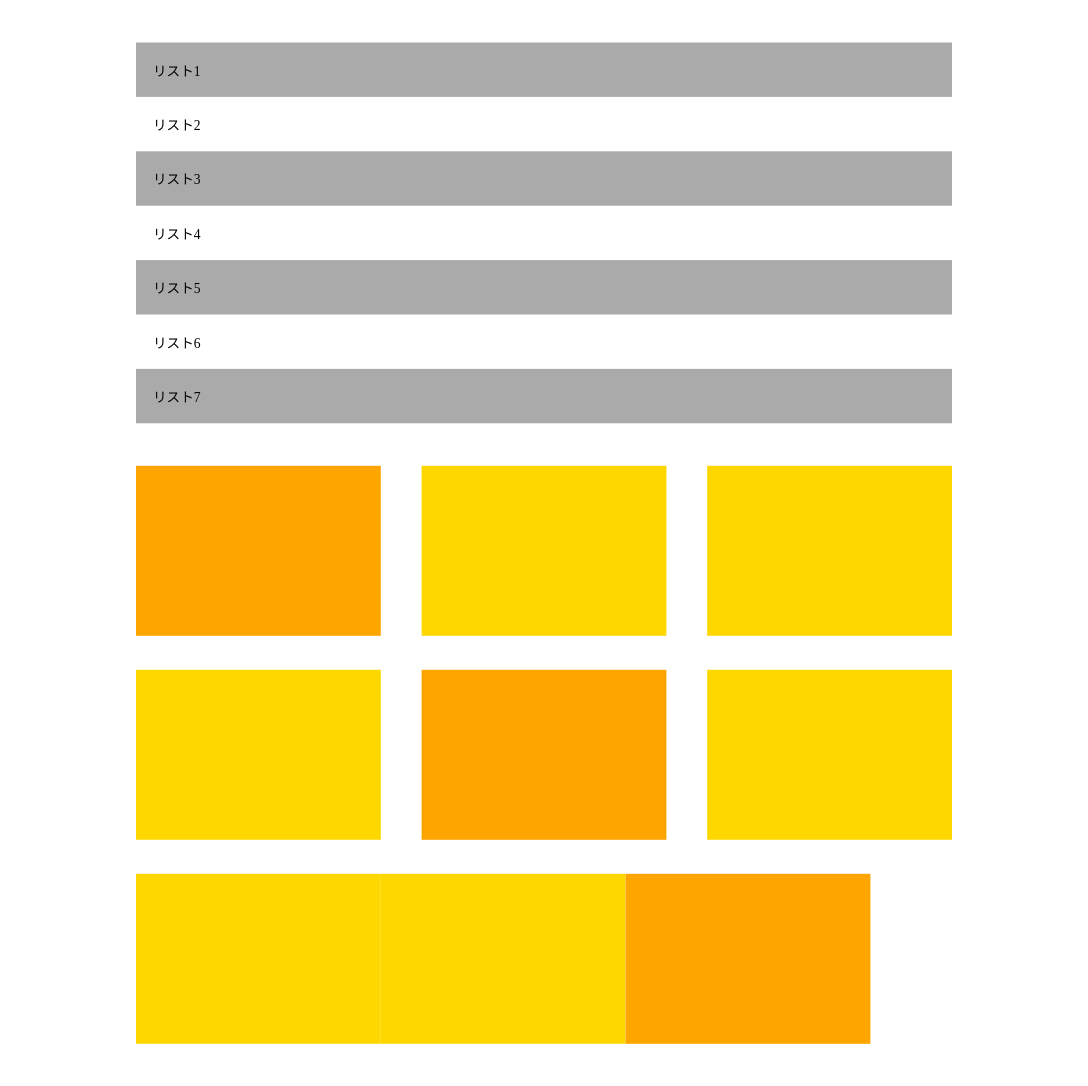
Repository: ryo32sun/Html-Practice
Page: practice/chapter8.html
The author's editor kept a record of every edit. The page is drawn from the files as they stood at one moment, then again after the next edit.
The browser window is 1280 px wide. The pictures show the whole page, at 85% of full size.

Above is the page before.

### practice/chapter8.html
<!DOCTYPE html>
<html lang="ja">
  <head>
    <meta charset="UTF-8">
    <link rel="stylesheet" href="chapter8.css">
    <title>Chapter8</title>
  </head>

  <div class="list-box">
    <p class="list">リスト1</p>
    <p class="list">リスト2</p>
    <p class="list">リスト3</p>
    <p class="list">リスト4</p>
    <p class="list">リスト5</p>
    <p class="list">リスト6</p>
    <p class="list">リスト7</p>
  </div>

  <div class="block-box">
    <div class="block orange"></div>
    <div class="block color center"></div>
    <div class="block color"></div>
    <div class="block color second"></div>
    <div class="block orange second center"></div>
    <div class="block color second"></div>
    <div class="block color"></div>
    <div class="block color"></div>
    <div class="block orange"></div>
  </div>

</html>

### practice/chapter8.css
* {
  padding: 0;
  margin: 0;
  box-sizing: border-box;
}

.list-box {
  width: 960px;
  margin:50px auto;
}

.list {
  padding: 20px 0 20px 20px;
}

.list:nth-child(odd) {
  background-color: #aaa;
}

.block-box {
  width:960px;
  padding-bottom: 50px;
  margin: 0 auto;
  display: flex;
  flex-wrap: wrap;
}

.block {
  height: 200px;
  width: 30%;
}

.orange {
  background-color: orange;
}

.color {
  background-color: #ffd700;
}

.center {
  margin-left: 5%;
  margin-right: 5%;
}

.second {
  margin-top:40px ;
  margin-bottom:40px;
}

After the next edit:
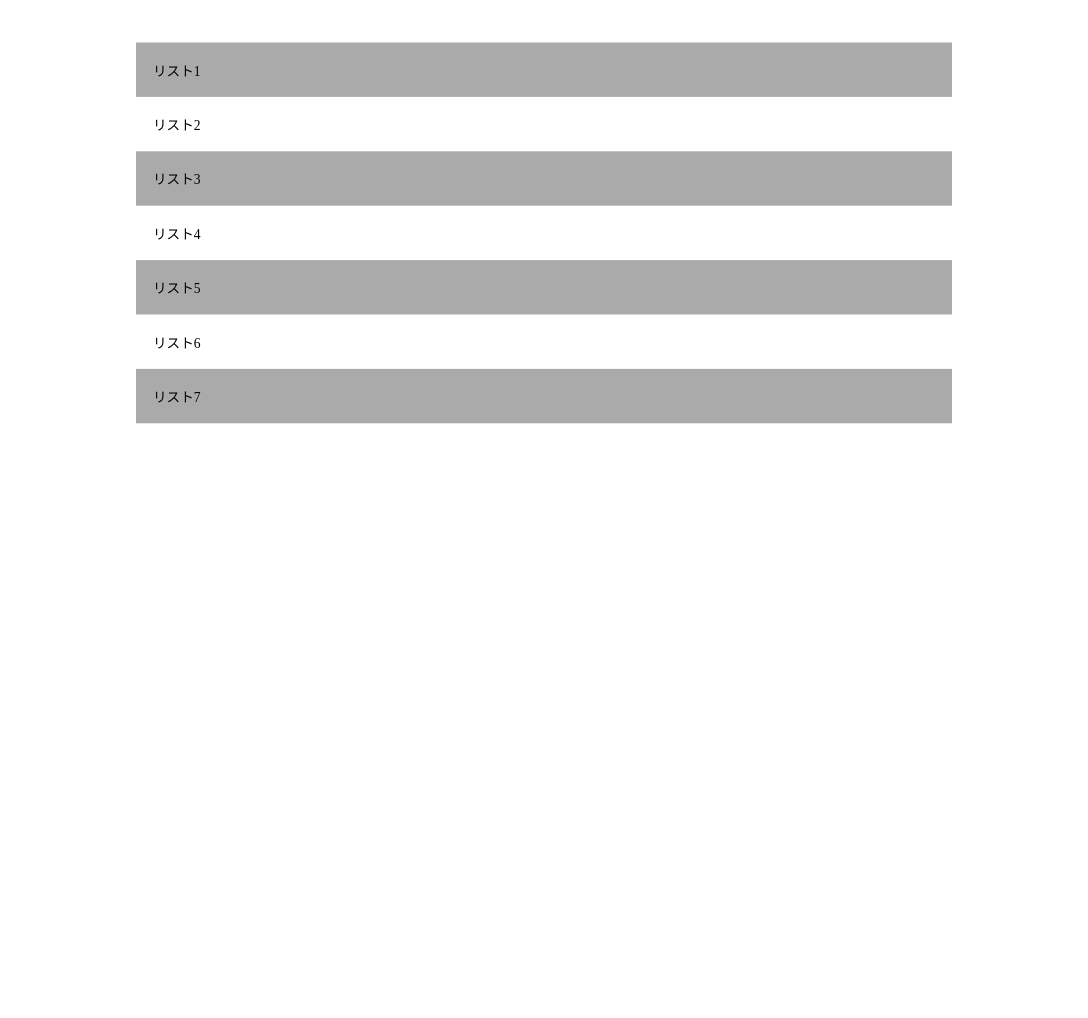
The edit:
--- a/practice/chapter8.html
+++ b/practice/chapter8.html
@@ -17,15 +17,15 @@
   </div>
 
   <div class="block-box">
-    <div class="block orange"></div>
-    <div class="block color center"></div>
-    <div class="block color"></div>
-    <div class="block color second"></div>
-    <div class="block orange second center"></div>
-    <div class="block color second"></div>
-    <div class="block color"></div>
-    <div class="block color"></div>
-    <div class="block orange"></div>
+    <div class="block"></div>
+    <div class="block"></div>
+    <div class="block"></div>
+    <div class="block"></div>
+    <div class="block"></div>
+    <div class="block"></div>
+    <div class="block"></div>
+    <div class="block"></div>
+    <div class="block"></div>
   </div>
 
 </html>
